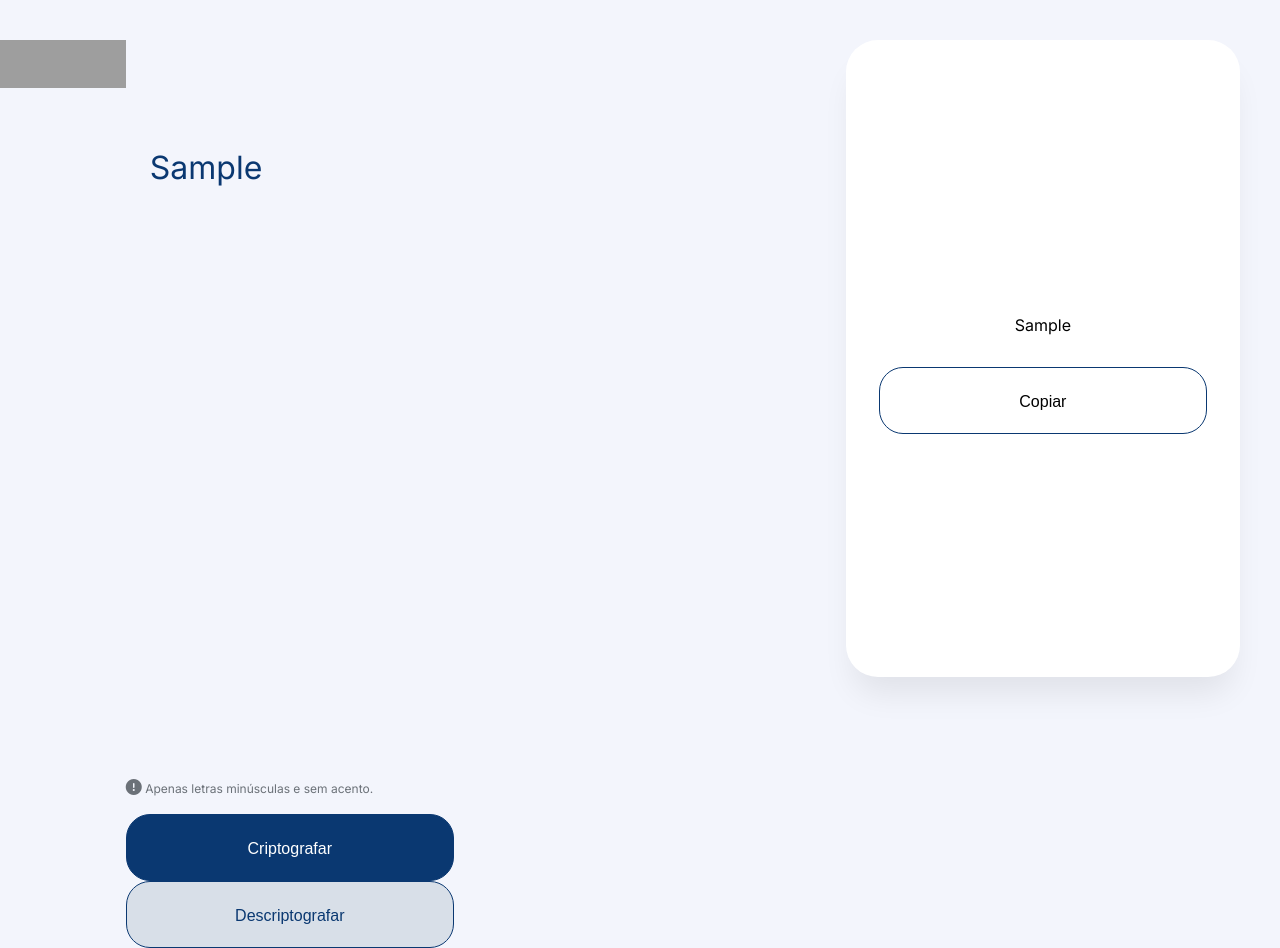
Repository: CarlosEduardoVdeOliveira/descodificador-de-texto
Page: index.html
An editor plug-in stored every save of this project. The page is shown before and after the next save, followed by the edit.
The browser window is 1280 px wide. The pictures show the whole page.
Empty fields were first filled with sample values (such as "Sample", 5 or name@example.com).
After loading, the first visible `button.button-cryptography` was clicked once.
Pictures or frames that could not be fetched are drawn as grey boxes.

Above is the page before, as saved 2023-04-12 09:36:58.

### index.html
<!DOCTYPE html>
<html lang="en">
<head>
   <meta charset="UTF-8">
   <link rel="preconnect" href="https://fonts.googleapis.com">
   <link rel="preconnect" href="https://fonts.gstatic.com" crossorigin>
   <meta http-equiv="X-UA-Compatible" content="IE=edge">
   <meta name="viewport" content="width=device-width, initial-scale=1.0">
   <link href="https://fonts.googleapis.com/css2?family=Inter:wght@400;700&display=swap" rel="stylesheet">
   <link rel="stylesheet" href="https://cdnjs.cloudflare.com/ajax/libs/font-awesome/6.4.0/css/all.min.css" integrity="sha512-iecdLmaskl7CVkqkXNQ/ZH/XLlvWZOJyj7Yy7tcenmpD1ypASozpmT/E0iPtmFIB46ZmdtAc9eNBvH0H/ZpiBw==" crossorigin="anonymous" referrerpolicy="no-referrer" />
   <link rel="stylesheet" href="/public/styles/reset.css">
   <link rel="stylesheet" href="/public/styles/index.css">
   <title>Decodificador</title>
</head>
<body>
   <main>
      <img src="/public/images/imageLogo.png"
         alt="letra a da logo da escola de programação Alura">
      <div class="frist-area">
         <textarea placeholder="Digite seu texto" autofocus></textarea>
         <span>
            <i class="fa-solid fa-circle-exclamation"></i>
            Apenas letras minúsculas e sem acento.
         </span>
         <div>
            <button class="button-cryptography">Criptografar</button>
            <button class="button-decryption">Descriptografar</button>
         </div>
      </div>
      <div class="cryption">
         <img src="/public/images/imageHighLight.svg" alt="">
         <div>
            <h2>Nenhuma mensagem encontrada</h2>
            <p>
               Digite um texto que você deseja criptografar ou descriptografar.
            </p>
         </div>
      </div>
   </main>
   <script src="/public/scripts/index.js"></script>
</body>
</html>

### public/styles/reset.css
:root{
   --light-gray: #D8DFE8;
   --gray-100: #CED4DA;
   --gray-200: #ADB5BD;
   --gray-300: #868E96;
   --gray-400: #495057;
   --gray-500: #343A40;
   --light-blue-100: #F3F5FC;
   --light-blue-200: #EFF1FA;
   --light-blue-300: #E9ECF8;
   --light-blue-400: #AAB2D5;
   --light-blue-500: #757FB2;
   --dark-blue-100: #609ED4;
   --dark-blue-200: #356EA9;
   --dark-blue-300: #0A3871;
   --dark-blue-400: #072B61;
   --dark-blue-500: #052051;
}
*{
   margin: 0;
   padding: 0;
   box-sizing: border-box;
}

html{
   font-family:  'Inter', sans-serif;
   font-size: 1rem;
}

### public/styles/index.css
/* header{
   width: 100%;
   height: 2.5rem;
} */
body{
   background-color: var(--light-blue-100);
}
img{
   width: 8rem;
   height: 3rem;
   margin-top: 2.5rem;
}
main {
   display: flex;
   justify-content: space-around;
   align-items: self-start;
   margin: 0 auto;
}
.frist-area{
   display: flex;
   flex-direction: column;
   margin-top: 7.5rem;
}
textarea{
   width: 42.5rem;
   height: 39.68rem;
   font-family: 'Inter';
   font-size: 32px;
   line-height: 150%;
   background-color: var(--light-blue-100);
   color: var(--dark-blue-300);
   border: none;
   resize: none;
   margin-bottom: 1.5rem;
   padding: 1.5rem;
}
textarea:focus{
   outline: 0;
}

textarea::placeholder{
   color: var(--dark-blue-300);
}

i{
   color: var(--gray-400);
   font-size: 1rem;
}
span{
   font-size: 12px;
   color: var(--gray-400);
   line-height: 150%;
   opacity: 0.8;
   margin-bottom: 1rem;
}
button{
   padding: 1.5rem;
   gap: .5rem;
   width: 328px;
   height: 67px;
   border-radius: 1.5rem;
   cursor: pointer;
   font-size: 1rem;
   line-height: 19px;
   border: 1px solid var(--dark-blue-300);
   transition: all .2s;
}
.button-cryptography{
   background-color: var(--dark-blue-300);
   color: white;
   margin-right: 1.5rem;
}
.button-cryptography:hover{
   background-color: var(--dark-blue-400);
}
.button-decryption{
   background: var(--light-gray);
   color: var(--dark-blue-300);
}
.button-decryption:hover{
   background-color: var(--light-blue-200);
}
.cryption{
   width: 25rem;
   margin: 2.5rem;
   padding: 15.188rem 2rem;
   text-align: center;
   background-color: white;
   /* shadow */
   box-shadow: 0px 24px 32px -8px rgba(0, 0, 0, 0.08);
   border-radius: 32px;
}
.cryption div{
   display: flex;
   flex-direction: column;

   margin-top: 2rem;
   padding: 0px;
   gap: 16px;
}
.cryption img{
   width: 21rem;
   height: 19rem;
}

.format-text-cryption{
   padding: 2rem;
}

.button-copy-cryption{
   background-color: white;
}
.button-copy-cryption:hover{
   background-color: var(--light-blue-200);
}

### public/scripts/index.js
const elementTextarea = document.querySelector("textarea");
const areaCryption = document.querySelector(".cryption");
const buttonCryptography = document.querySelector(".button-cryptography");
const buttonDecryption = document.querySelector(".button-decryption");


function alterTextCryptionArea(){
   areaCryption.innerHTML = `
      <p class="format-text-cryption">${elementTextarea.value}</p>
      <button class="button-copy-cryption">Copiar</button>
   `;
}
buttonCryptography.onclick = alterTextCryptionArea
buttonDecryption.onclick = alterTextCryptionArea

After the next save:
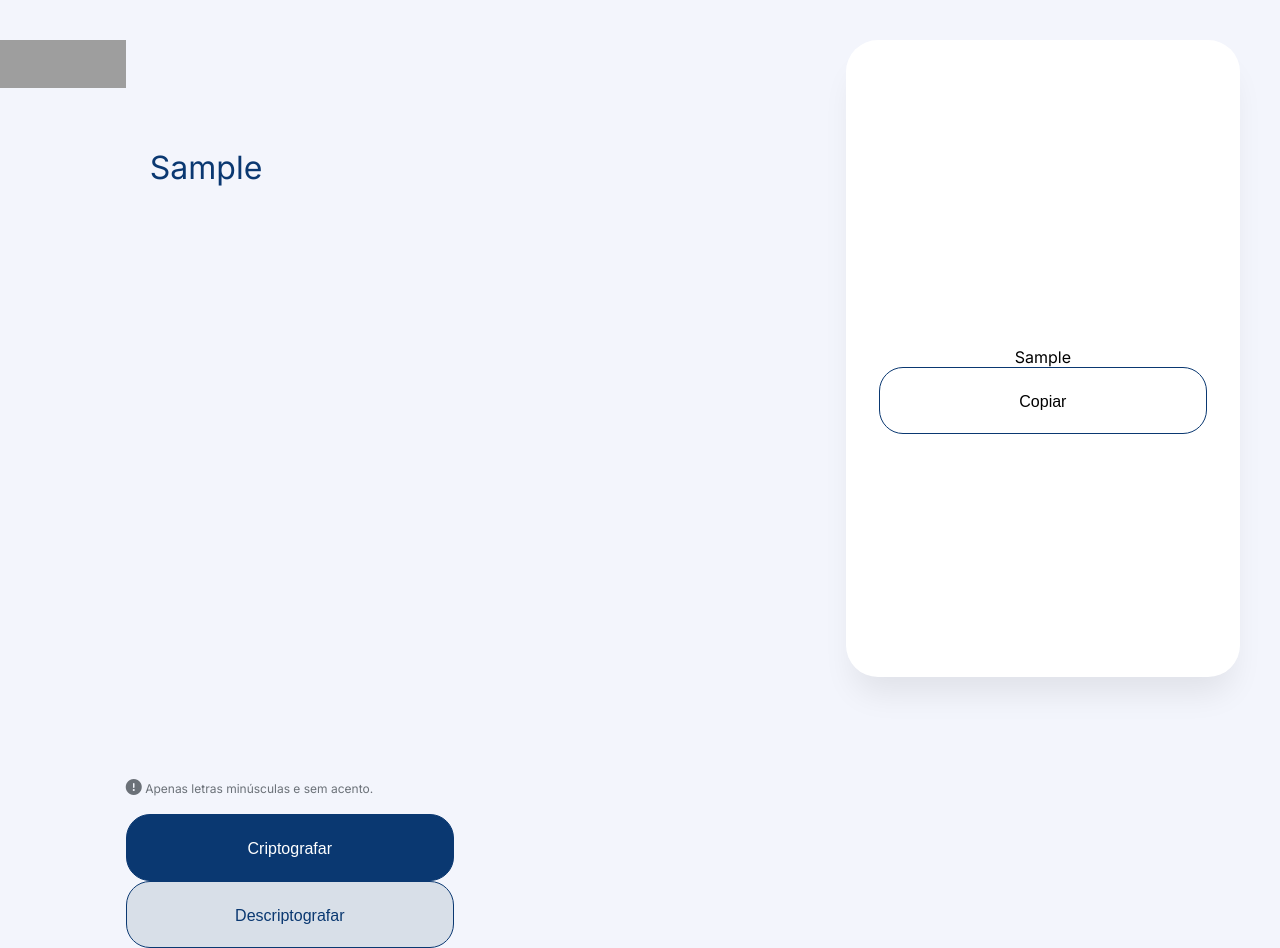
Saved 31 s later.
--- a/public/styles/index.css
+++ b/public/styles/index.css
@@ -105,6 +105,8 @@ button{
 
 .format-text-cryption{
    padding: 2rem;
+   position: relative;
+   top: 2rem;
 }
 
 .button-copy-cryption{

After the save that followed:
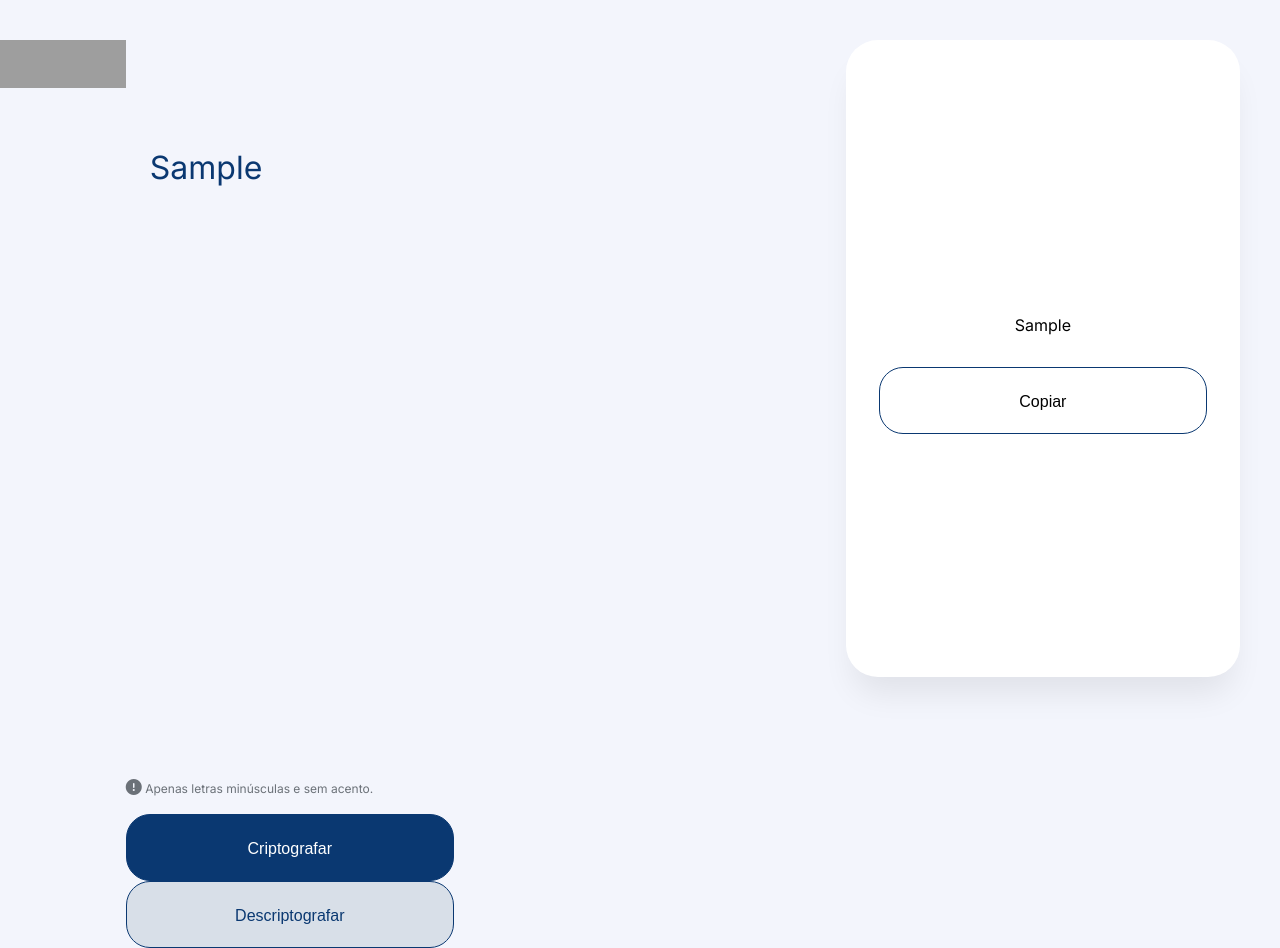
Saved 8 s later.
--- a/public/styles/index.css
+++ b/public/styles/index.css
@@ -106,7 +106,7 @@ button{
 .format-text-cryption{
    padding: 2rem;
    position: relative;
-   top: 2rem;
+   top: 0;
 }
 
 .button-copy-cryption{
